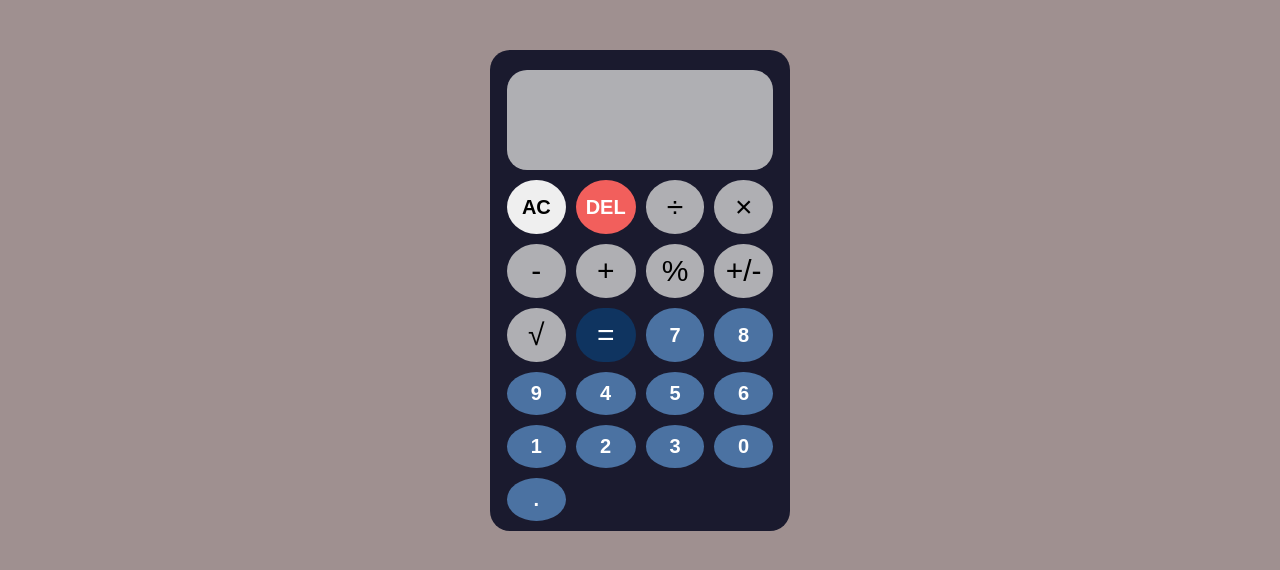
Repository: MikkyPrestige/js-calculator
Page: index.html
An editor plug-in stored every save of this project. The page is shown before and after the next save, followed by the edit.
The browser window is 1280 px wide. The pictures show the whole page.

Above is the page before, as saved 2023-05-08 01:31:01.

After the next save:
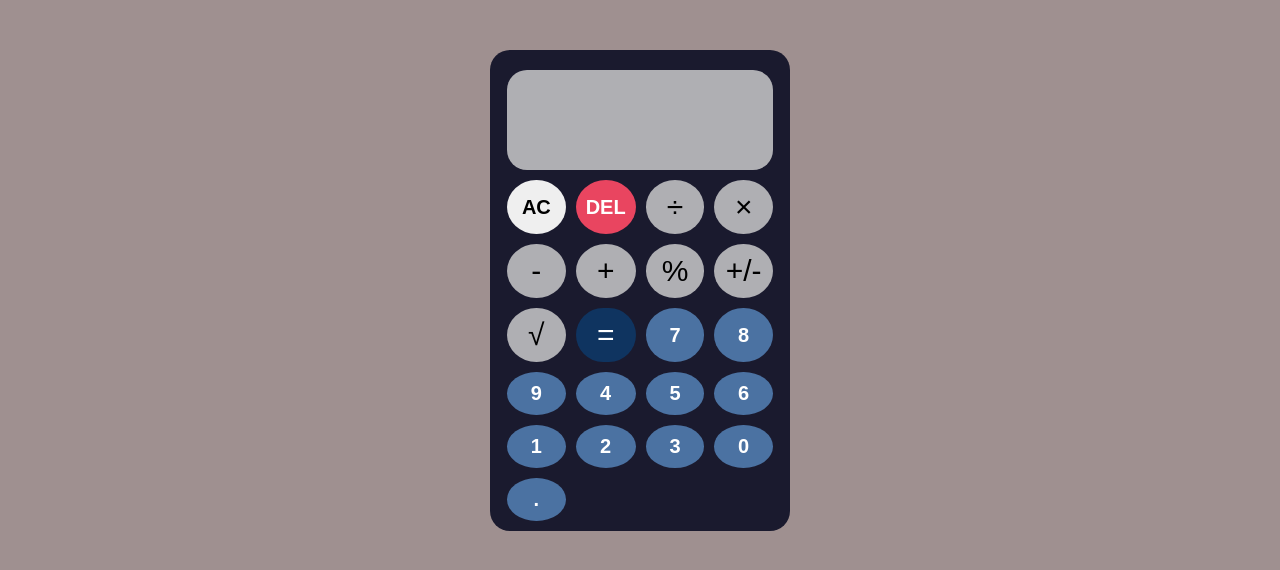
Saved 13 s later.
--- a/index.css
+++ b/index.css
@@ -102,9 +102,8 @@ main {
 }
 
 .del {
-  background: #F25F5C;
   color: #FFFFFF;
-  /* background: #E94560 */
+  background: #E94560
 }
 
 .op {
